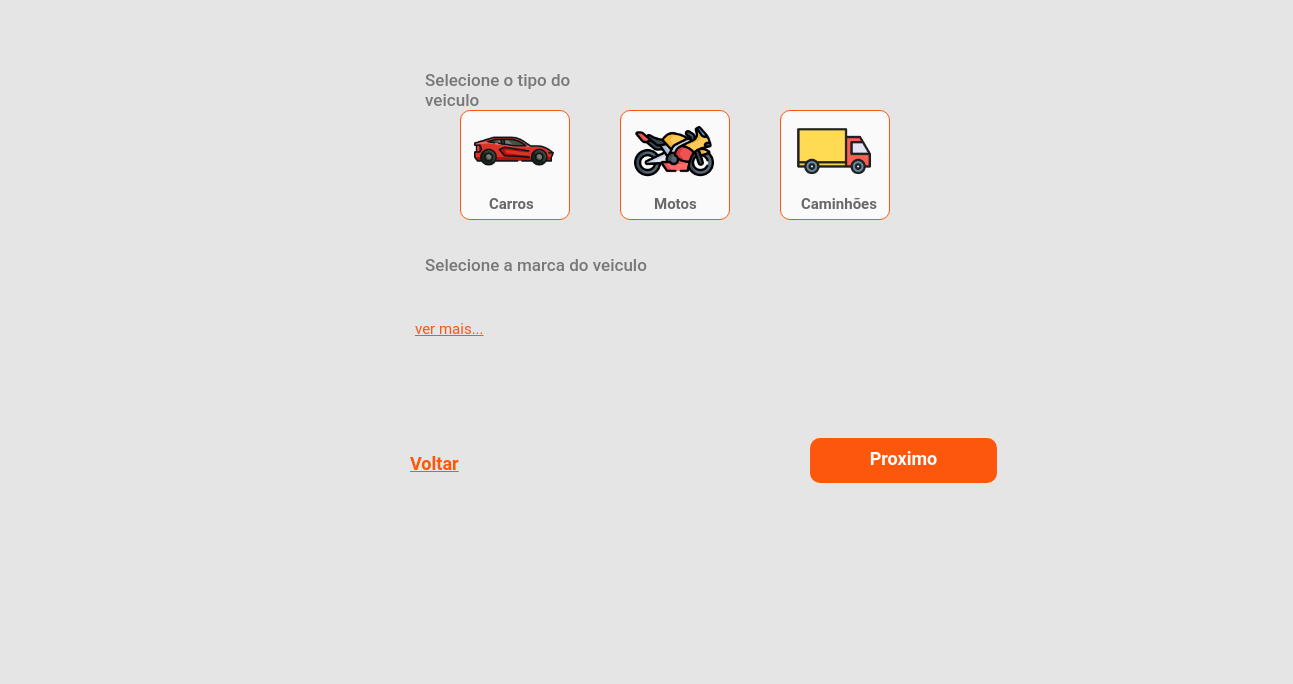
Repository: KevynMarques/Consumindo-API-CARROS
Page: /Page2
These files come from the project's save history. The page is drawn as it stood at one moment and after a run of saves; the edit follows.
The browser window is 1280 px wide. The page is 1280 px wide, then 1293 px, then 1280 px, so the pictures cover 1293 px, including what lies to the right of the window. The pictures show the whole page.
The page's requests for data from a server got no answer. The project was rebuilt for these pictures with package versions that can differ from the ones it lists, and the page was loaded fresh each time. No one was signed in, and anything a server would have sent is missing. Also part of the build but not shown: src/Pages/Page1/index.jsx.

Above is the page before, as saved 2022-03-14 18:21:03.

After the next 2 saves:
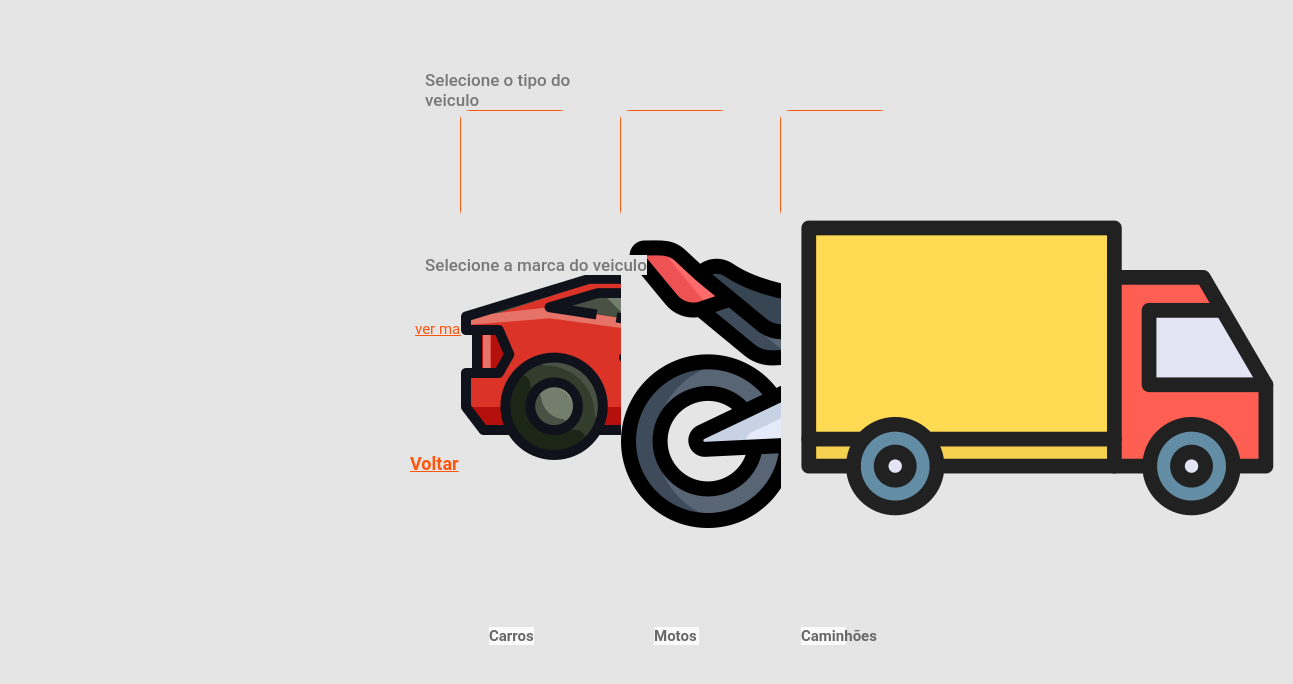
The 2 saves are shown as one change because they came seconds apart.
The last was saved 27 s later.
--- a/src/Components/Containers/style.jsx
+++ b/src/Components/Containers/style.jsx
@@ -36,6 +36,7 @@
 border: 1px solid #FC570C;
 box-sizing: border-box;
 border-radius: 10px;
+poi
 
 img {
   width: 80px;

After the save that followed:
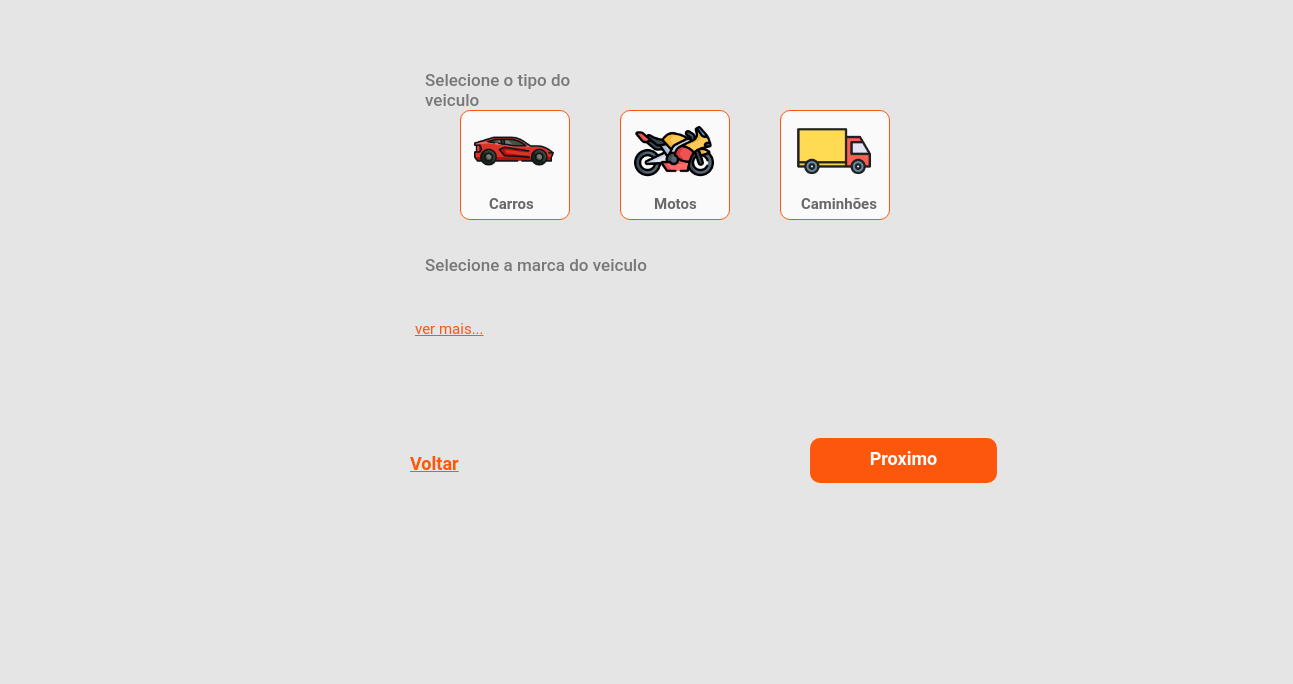
Saved 4 s later.
--- a/src/Components/Containers/style.jsx
+++ b/src/Components/Containers/style.jsx
@@ -36,7 +36,7 @@
 border: 1px solid #FC570C;
 box-sizing: border-box;
 border-radius: 10px;
-poi
+cursor: pointer;
 
 img {
   width: 80px;
